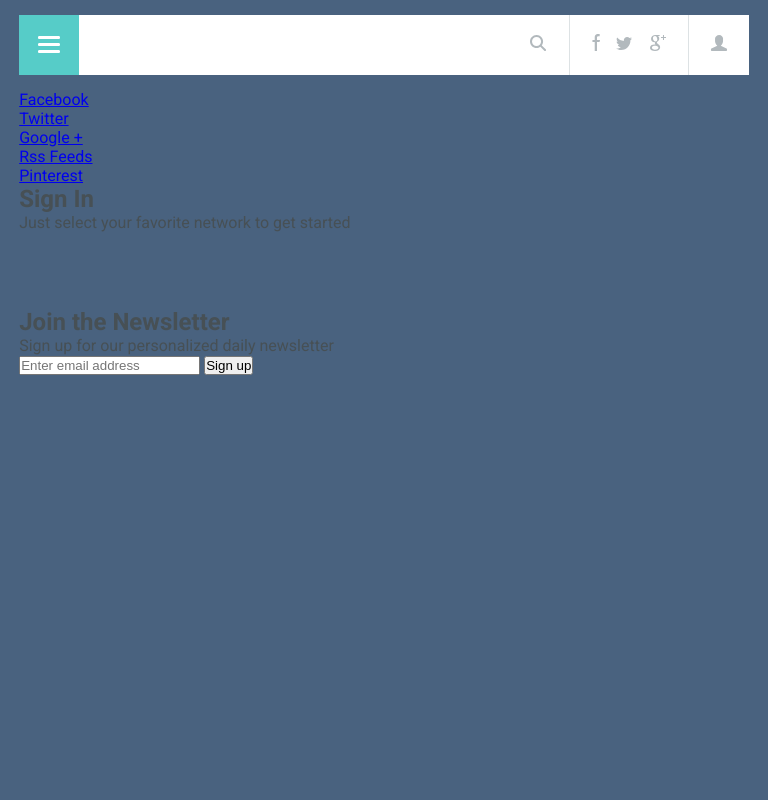
Repository: pawelczubak/WeeklyWebDevChallenge
Page: Challenge_4/index.html
The author's editor kept a copy of each file at every save. The page is drawn from the files as they stood at one save, then again after the next save.
The browser window is 768 px wide. The pictures show the whole page.
Some web libraries are served in a nearby version.

Above is the page before, as saved 2020-04-27 19:23:02.

### Challenge_4/index.html
<!DOCTYPE html>
<html lang="en">

<head>
    <meta charset="UTF-8">
    <meta name="viewport" content="width=device-width, initial-scale=1.0">

    <title>Weekly WebDev Challenge - 4</title>

    <link href="https://fonts.googleapis.com/css2?family=Roboto:wght@300;400;700&display=swap" rel="stylesheet">
    <script src="https://kit.fontawesome.com/f64caa1a2c.js" crossorigin="anonymous"></script>

    <meta name="viewport" content="width = device-width, initial-scale=1, user-scalable=yes">
    <link rel="stylesheet" href="css/main.css">
</head>

<body>
    <div class="container">
        <!--  -----  NAVIGATION START  -----  -->
        <nav class="nav">
            <div class="nav-button">

                <svg xmlns="http://www.w3.org/2000/svg" xmlns:xlink="http://www.w3.org/1999/xlink" width="0.24in"
                    height="0.18in">
                    <path fill-rule="evenodd" fill="rgb(255, 255, 255)"
                        d="M20.653,17.008 L1.347,17.008 C0.603,17.008 -0.000,16.417 -0.000,15.690 L-0.000,15.372 C-0.000,14.644 0.603,14.055 1.347,14.055 L20.653,14.055 C21.397,14.055 22.000,14.644 22.000,15.372 L22.000,15.690 C22.000,16.417 21.397,17.008 20.653,17.008 ZM20.653,9.980 L1.347,9.980 C0.603,9.980 -0.000,9.390 -0.000,8.662 L-0.000,8.344 C-0.000,7.617 0.603,7.027 1.347,7.027 L20.653,7.027 C21.397,7.027 22.000,7.617 22.000,8.344 L22.000,8.662 C22.000,9.390 21.397,9.980 20.653,9.980 ZM20.653,2.952 L1.347,2.952 C0.603,2.952 -0.000,2.362 -0.000,1.635 L-0.000,1.317 C-0.000,0.589 0.603,-0.001 1.347,-0.001 L20.653,-0.001 C21.397,-0.001 22.000,0.589 22.000,1.317 L22.000,1.635 C22.000,2.362 21.397,2.952 20.653,2.952 Z" />
                </svg>

            </div>
            <ul class="nav-list">
                <li class="nav-list__item"><a href="#" class="nav-list__link">Home</a></li>
                <li class="nav-list__item"><a href="#" class="nav-list__link">Store</a></li>
                <li class="nav-list__item"><a href="#" class="nav-list__link">Blog</a></li>
                <li class="nav-list__item"><a href="#" class="nav-list__link">About</a></li>
                <li class="nav-list__item"><a href="#" class="nav-list__link">Contact</a></li>
            </ul>
            <div class="nav-icons">
                <div class="nav-icons__search">
                    <a href="#" class="nav-link__icon">
                        <svg xmlns="http://www.w3.org/2000/svg" xmlns:xlink="http://www.w3.org/1999/xlink"
                            width="0.18in" height="0.17in">
                            <path class="nav-icons__svg" fill-rule="evenodd" fill="rgb(178, 185, 189)"
                                d="M15.728,14.309 L11.786,10.388 C12.600,9.303 13.088,7.963 13.088,6.504 C13.088,2.908 10.157,-0.006 6.541,-0.006 C2.926,-0.006 -0.005,2.908 -0.005,6.504 C-0.005,10.100 2.926,13.014 6.541,13.014 C7.963,13.014 9.275,12.558 10.349,11.793 L14.304,15.726 C14.697,16.117 15.335,16.117 15.728,15.726 C16.121,15.335 16.121,14.700 15.728,14.309 ZM6.541,11.011 C4.038,11.011 2.009,8.994 2.009,6.504 C2.009,4.015 4.038,1.996 6.541,1.996 C9.044,1.996 11.073,4.015 11.073,6.504 C11.073,8.994 9.044,11.011 6.541,11.011 Z" />
                        </svg>
                    </a>
                </div>
                <ul class="nav-icons__social-list">
                    <li class="nav-icons__social-icons">
                        <a href="#" class="nav-link__icon">
                            <svg xmlns="http://www.w3.org/2000/svg" xmlns:xlink="http://www.w3.org/1999/xlink"
                                width="0.09in" height="0.18in">
                                <path class="nav-icons__svg" fill-rule="evenodd" fill="rgb(178, 185, 189)"
                                    d="M7.672,0.063 L6.069,0.063 C6.069,0.063 2.724,-0.188 2.724,3.338 C2.724,4.092 2.724,6.011 2.724,6.011 L0.453,6.011 L0.459,7.910 L2.723,7.910 L2.725,17.002 L5.000,17.002 L5.000,7.910 L7.507,7.910 L8.042,6.011 L5.013,6.011 L5.013,3.266 C5.013,3.266 4.988,2.341 6.072,2.341 L7.662,2.341 L7.672,0.063 Z" />
                            </svg>
                        </a>
                    </li>
                    <li class="nav-icons__social-icons">
                        <a href="#" class="nav-link__icon">
                            <svg xmlns="http://www.w3.org/2000/svg" xmlns:xlink="http://www.w3.org/1999/xlink"
                                width="0.17in" height="0.14in">
                                <path class="nav-icons__svg" fill-rule="evenodd" fill="rgb(178, 185, 189)"
                                    d="M16.027,1.547 C15.437,1.809 14.803,1.985 14.138,2.065 C14.817,1.659 15.338,1.015 15.584,0.250 C14.949,0.625 14.245,0.898 13.497,1.046 C12.897,0.408 12.043,0.009 11.097,0.009 C9.282,0.009 7.810,1.478 7.810,3.291 C7.810,3.547 7.839,3.799 7.895,4.039 C5.163,3.901 2.741,2.595 1.119,0.611 C0.837,1.095 0.674,1.658 0.674,2.259 C0.674,3.398 1.255,4.402 2.137,4.990 C1.598,4.974 1.091,4.825 0.648,4.579 C0.647,4.593 0.647,4.606 0.647,4.621 C0.647,6.211 1.781,7.537 3.285,7.838 C3.009,7.913 2.718,7.953 2.418,7.953 C2.207,7.953 2.000,7.933 1.800,7.894 C2.218,9.198 3.432,10.147 4.871,10.172 C3.746,11.053 2.328,11.578 0.788,11.578 C0.523,11.578 0.261,11.562 0.004,11.531 C1.459,12.462 3.187,13.006 5.043,13.006 C11.089,13.006 14.395,8.006 14.395,3.671 C14.395,3.529 14.393,3.387 14.387,3.246 C15.029,2.783 15.586,2.206 16.027,1.547 Z" />
                            </svg>
                        </a>
                    </li>
                    <li class="nav-icons__social-icons">
                        <a href="#" class="nav-link__icon">
                            <svg xmlns="http://www.w3.org/2000/svg" xmlns:xlink="http://www.w3.org/1999/xlink"
                                width="0.18in" height="0.18in">
                                <path class="nav-icons__svg" fill-rule="evenodd" fill="rgb(178, 185, 189)"
                                    d="M15.006,4.015 L15.006,5.999 L13.966,5.999 L13.966,4.015 L11.997,4.015 L11.997,3.013 L13.966,3.013 L13.966,0.971 L15.006,0.971 L15.006,3.013 L17.010,3.013 L17.010,4.015 L15.006,4.015 ZM8.900,2.055 C9.780,2.557 10.247,3.589 10.247,4.730 C10.247,5.777 9.666,6.620 8.845,7.259 C8.043,7.884 7.891,8.145 7.891,8.676 C7.891,9.129 8.849,9.803 9.290,10.132 C10.823,11.279 11.112,12.000 11.134,13.433 C11.162,15.338 9.199,17.001 6.054,17.001 C3.294,17.001 0.982,15.749 0.982,13.959 C0.982,11.258 2.897,10.385 5.657,10.385 C5.958,10.385 6.233,10.377 6.518,10.377 C6.141,10.013 5.836,9.697 5.836,9.144 C5.836,8.815 5.940,8.501 6.087,8.221 C5.938,8.231 5.785,8.241 5.627,8.241 C3.360,8.241 2.041,6.653 2.041,4.664 C2.041,2.715 4.050,0.969 6.459,0.969 C7.701,0.969 11.208,0.969 11.208,0.969 L10.147,2.055 L8.900,2.055 ZM6.121,11.642 C4.364,11.642 2.912,12.300 2.912,13.538 C2.912,14.799 4.207,15.828 5.999,15.828 C8.520,15.828 9.398,14.865 9.398,13.601 C9.398,13.449 9.394,13.295 9.341,13.156 C8.733,11.642 6.774,11.642 6.121,11.642 ZM8.249,4.923 C8.040,3.342 7.249,2.152 6.035,2.115 C4.820,2.079 3.755,3.182 3.966,4.764 C4.175,6.348 5.330,7.409 6.545,7.446 C7.760,7.481 8.458,6.507 8.249,4.923 Z" />
                            </svg>
                        </a>
                    </li>
                </ul>
                <div class="nav-icons__acount">
                    <a href="#" class="nav-link__icon">
                        <svg xmlns="http://www.w3.org/2000/svg" xmlns:xlink="http://www.w3.org/1999/xlink"
                            width="0.182in" height="0.18in">
                            <path class="nav-icons__svg" fill-rule="evenodd" fill="rgb(178, 185, 189)"
                                d="M15.993,17.030 L1.963,17.030 C1.394,17.030 0.932,16.569 0.932,15.999 L0.932,15.405 C0.932,14.535 1.963,14.374 1.963,14.374 L7.322,11.719 C5.880,10.561 5.056,8.283 5.056,7.156 L5.056,4.578 C5.056,2.871 6.903,0.969 9.181,0.969 C11.459,0.969 13.024,2.871 13.024,4.578 L13.024,7.156 C13.024,8.394 12.208,10.604 10.779,11.729 L15.993,14.374 C15.993,14.374 17.024,14.551 17.024,15.405 L17.024,15.999 C17.024,16.569 16.562,17.030 15.993,17.030 Z" />
                        </svg>
                    </a>
                </div>
            </div>
        </nav>

        <!--  -----  NAVIGATION END  -----  -->

        <!--  -----  MAIN START  -----  -->
        <main class="main">
            <!--  -----  MENU SECTION START  -----  -->
            <section class="menu-section"></section>
            <!--  -----  MENU SECTION END  -----  -->

            <!--  -----  SOCIAL SECTION START  -----  -->
            <section class="social-section">
                <article class="social-section__socials-container">
                    <ul class="socials-container__socials-list">
                        <li class="socials-container__socials-items">
                            <a href="#" class="socials-container__socials-link">Facebook</a>
                        </li>
                        <li class="socials-container__socials-items">
                            <a href="#" class="socials-container__socials-link">Twitter</a>
                        </li>
                        <li class="socials-container__socials-items">
                            <a href="#" class="socials-container__socials-link">Google +</a>
                        </li>
                        <li class="socials-container__socials-items">
                            <a href="#" class="socials-container__socials-link">Rss Feeds</a>
                        </li>
                        <li class="socials-container__socials-items">
                            <a href="#" class="socials-container__socials-link">Pinterest</a>
                        </li>
                    </ul>
                    <div class="socials-container__follow-items">
                        <div class="socials-container__facebook-widget"></div>
                        <div class="socials-container__twitter-widget"></div>
                    </div>
                </article>
                <article class="social-section__sign-in">
                    <h2 class="socials-container__header">Sign In</h2>
                    <p class="sign-in__paragraph">Just select your favorite network to get started</p>
                    <ul class="sign-in__list">
                        <li class="sign-in__item"><a href="#" class="sign-in__link"></a></li>
                        <li class="sign-in__item"><a href="#" class="sign-in__link"></a></li>
                        <li class="sign-in__item"><a href="#" class="sign-in__link"></a></li>
                        <li class="sign-in__item"><a href="#" class="sign-in__link"></a></li>
                    </ul>
                </article>
                <article class="social-section__newsletter">
                    <h2 class="socials-container__header">Join the Newsletter</h2>
                    <p class="newsletter__paragraph">Sign up for our personalized daily newsletter</p>
                    <form action="GET" class="newsletter__form">
                        <input placeholder="Enter email address" type="email" name="email" required
                            class="newsletter__input" autocomplete="off" />
                        <button class="newsletter__button" formenctype="multipart/form-data" type="submit">Sign
                            up</button>
                    </form>
                </article>
            </section>
            <!--  -----  SOCIAL SECTION END  -----  -->
        </main>
        <!--  -----  MAIN END  -----  -->


    </div>

    <script src="js/main.js" type="text/javascript"></script>
</body>

</html>

### Challenge_4/css/main.css
*,
*::after,
*::before {
    box-sizing: border-box;
    margin: 0;
    padding: 0;
}

/*------------------  GLOBAL START  ------------------*/
body {
    margin: 0;
    padding: 0;
    font: 16px 'Roboto', sans-serif;
    color: #475055;
    background-color: #49627f;
}

.container {
    max-width: 1000px;
    min-height: 700px;
    margin: 100px auto;
    overflow: hidden;
}

/*------------------  GLOBAL END  ------------------*/
/*------------------  NAV START  ------------------*/
.nav {
    position: relative;
    display: flex;
    justify-content: left;
    width: 100%;
    height: 60px;
    background-color: #ffffff;
    margin-bottom: 15px;
}

.nav-button {
    display: flex;
    align-items: center;
    justify-content: center;
    background-color: #56ccc8;
    width: 60px;
    cursor: pointer;
    pointer-events: none;
}

.nav-button:hover {
    background-color: #56ddd8;
}

.nav-list {
    display: flex;
    list-style: none;

}

.nav-list__item {
    padding-left: 45px;
    display: flex;
    align-items: center
}

.nav-list__link {
    text-decoration: none;
    color: #475055;
}

.nav-list__link:hover {
    color: #56ccc8;
}

.nav-icons {
    display: flex;
    align-items: center;
    margin-left: auto;
}

.nav-icons__search {
    width: 60px;
    display: flex;
    justify-content: center;
}

.nav-link__icon {}

.nav-icons__social-list {
    position: relative;
    display: flex;
    height: 100%;
    justify-content: space-around;
    align-items: center;
    width: 120px;
    padding: 0 15px;
}

.nav-icons__social-list::before,
.nav-icons__social-list::after {
    position: absolute;
    content: '';
    top: 0;
    height: 100%;
    width: 1px;
    background-color: #dde2e4;
}

.nav-icons__social-list::after {
    left: 0;
}

.nav-icons__social-list::before {
    right: 0;
}

.nav-icons__social-icons {
    list-style: none;
}

.nav-icons__acount {
    width: 60px;
    display: flex;
    justify-content: center;
}

.nav-link__icon:hover .nav-icons__svg {
    fill: #152840;
}

/*------------------  NAV END  ------------------*/
/*------------------  MAIN START  ------------------*/
.main {
    display: flex;
}

/*------------------  MENU SECTION START  ------------------*/
/*------------------  MENU SECTION END  ------------------*/
/*------------------  SOCIAL SECTION START  ------------------*/
/*------------------  SOCIAL SECTION END  ------------------*/

/*------------------  MAIN END  ------------------*/

/*------------------  MEDIAQUERY START  ------------------*/

@media screen and (max-width: 1024px) {
    .container {
        max-width: 95%;
    }
}

@media screen and (max-width: 800px) {
    .container {
        margin: 15px auto;
    }

    /*------------------  NAV START  ------------------*/
    .nav-button {
        pointer-events: all;
    }

    .nav-list {
        position: absolute;
        flex-direction: column;
        background-color: #ffffff;
        width: 50%;
        top: 60px;
        left: 0;
        height: 500px;
        justify-content: space-around;
        align-items: center;
        transform: translateX(-101%);
        transition: all 0.2s ease-in;
    }

    .nav-list__item {
        opacity: 0;
        padding: 0;
    }

    /*------------------  NAV END  ------------------*/
}

.nav-list--active {
    transform: translateX(0%);
}

/*------------------  MEDIAQUERY END  ------------------*/

/*------------------  ANIMATIONS  ------------------*/
@keyframes navLinkFade {
    from {
        opacity: 0;
        transform: translateX(-50px);
    }

    to {
        opacity: 1;
        transform: translateX(0px);
    }
}

### Challenge_4/js/main.js
const navSlide = () => {
    const burger = document.querySelector('.nav-button');
    const nav = document.querySelector('.nav-list');
    const navLinks = document.querySelectorAll('.nav-list__item');



    burger.addEventListener('click', () => {
        //Toggle nav
        nav.classList.toggle('nav-list--active');

        //Animate links
        navLinks.forEach((link, index) => {
            if (link.style.animation) {
                link.style.animation = ''
            } else {
                link.style.animation = `navLinkFade 0.5s ease forwards ${index / 7 + 0.2}s`;
            }

        });
    });


}

navSlide();

After the next save:
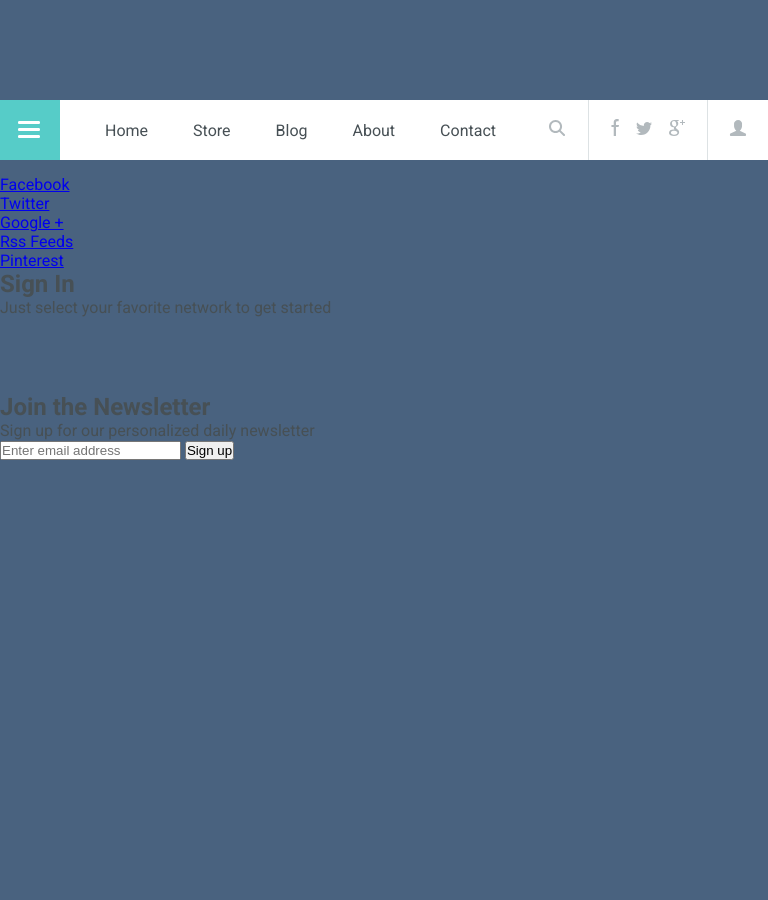
Saved 115 s later.
--- a/Challenge_4/css/main.css
+++ b/Challenge_4/css/main.css
@@ -132,67 +132,71 @@
 }
 
 /*------------------  MENU SECTION START  ------------------*/
+.menu-section {
+    heignt: 500px;
+    /*      ONLY FOR TEST !!!!!!
+}
 /*------------------  MENU SECTION END  ------------------*/
-/*------------------  SOCIAL SECTION START  ------------------*/
-/*------------------  SOCIAL SECTION END  ------------------*/
-
-/*------------------  MAIN END  ------------------*/
-
-/*------------------  MEDIAQUERY START  ------------------*/
-
-@media screen and (max-width: 1024px) {
-    .container {
-        max-width: 95%;
-    }
-}
-
-@media screen and (max-width: 800px) {
-    .container {
-        margin: 15px auto;
-    }
-
-    /*------------------  NAV START  ------------------*/
-    .nav-button {
-        pointer-events: all;
-    }
-
-    .nav-list {
-        position: absolute;
-        flex-direction: column;
-        background-color: #ffffff;
-        width: 50%;
-        top: 60px;
-        left: 0;
-        height: 500px;
-        justify-content: space-around;
-        align-items: center;
-        transform: translateX(-101%);
-        transition: all 0.2s ease-in;
-    }
-
-    .nav-list__item {
-        opacity: 0;
-        padding: 0;
-    }
-
-    /*------------------  NAV END  ------------------*/
-}
-
-.nav-list--active {
-    transform: translateX(0%);
-}
-
-/*------------------  MEDIAQUERY END  ------------------*/
-
-/*------------------  ANIMATIONS  ------------------*/
-@keyframes navLinkFade {
-    from {
-        opacity: 0;
-        transform: translateX(-50px);
-    }
-
-    to {
-        opacity: 1;
-        transform: translateX(0px);
-    }
-}
+    /*------------------  SOCIAL SECTION START  ------------------*/
+    /*------------------  SOCIAL SECTION END  ------------------*/
+
+    /*------------------  MAIN END  ------------------*/
+
+    /*------------------  MEDIAQUERY START  ------------------*/
+
+    @media screen and (max-width: 1024px) {
+        .container {
+            max-width: 95%;
+        }
+    }
+
+    @media screen and (max-width: 800px) {
+        .container {
+            margin: 15px auto;
+        }
+
+        /*------------------  NAV START  ------------------*/
+        .nav-button {
+            pointer-events: all;
+        }
+
+        .nav-list {
+            position: absolute;
+            flex-direction: column;
+            background-color: #ffffff;
+            width: 50%;
+            top: 60px;
+            left: 0;
+            height: 500px;
+            justify-content: space-around;
+            align-items: center;
+            transform: translateX(-101%);
+            transition: all 0.2s ease-in;
+        }
+
+        .nav-list__item {
+            opacity: 0;
+            padding: 0;
+        }
+
+        /*------------------  NAV END  ------------------*/
+    }
+
+    .nav-list--active {
+        transform: translateX(0%);
+    }
+
+    /*------------------  MEDIAQUERY END  ------------------*/
+
+    /*------------------  ANIMATIONS  ------------------*/
+    @keyframes navLinkFade {
+        from {
+            opacity: 0;
+            transform: translateX(-50px);
+        }
+
+        to {
+            opacity: 1;
+            transform: translateX(0px);
+        }
+    }

After the save that followed:
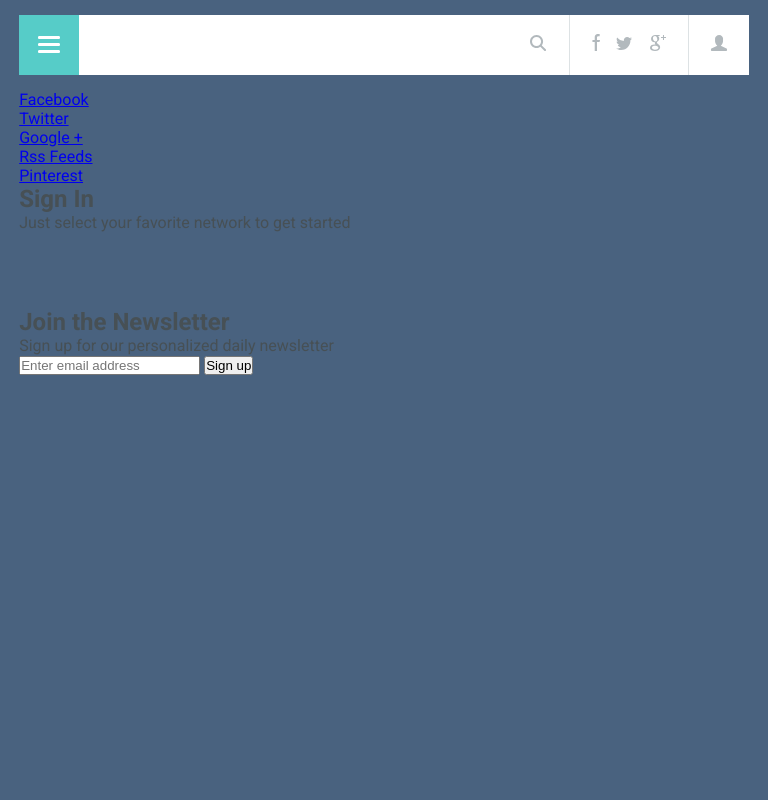
Saved 24 s later.
--- a/Challenge_4/css/main.css
+++ b/Challenge_4/css/main.css
@@ -134,69 +134,70 @@
 /*------------------  MENU SECTION START  ------------------*/
 .menu-section {
     heignt: 500px;
-    /*      ONLY FOR TEST !!!!!!
-}
+    /*      ONLY FOR TEST !!!!!! */
+}
+
 /*------------------  MENU SECTION END  ------------------*/
-    /*------------------  SOCIAL SECTION START  ------------------*/
-    /*------------------  SOCIAL SECTION END  ------------------*/
-
-    /*------------------  MAIN END  ------------------*/
-
-    /*------------------  MEDIAQUERY START  ------------------*/
-
-    @media screen and (max-width: 1024px) {
-        .container {
-            max-width: 95%;
-        }
-    }
-
-    @media screen and (max-width: 800px) {
-        .container {
-            margin: 15px auto;
-        }
-
-        /*------------------  NAV START  ------------------*/
-        .nav-button {
-            pointer-events: all;
-        }
-
-        .nav-list {
-            position: absolute;
-            flex-direction: column;
-            background-color: #ffffff;
-            width: 50%;
-            top: 60px;
-            left: 0;
-            height: 500px;
-            justify-content: space-around;
-            align-items: center;
-            transform: translateX(-101%);
-            transition: all 0.2s ease-in;
-        }
-
-        .nav-list__item {
-            opacity: 0;
-            padding: 0;
-        }
-
-        /*------------------  NAV END  ------------------*/
-    }
-
-    .nav-list--active {
-        transform: translateX(0%);
-    }
-
-    /*------------------  MEDIAQUERY END  ------------------*/
-
-    /*------------------  ANIMATIONS  ------------------*/
-    @keyframes navLinkFade {
-        from {
-            opacity: 0;
-            transform: translateX(-50px);
-        }
-
-        to {
-            opacity: 1;
-            transform: translateX(0px);
-        }
-    }
+/*------------------  SOCIAL SECTION START  ------------------*/
+/*------------------  SOCIAL SECTION END  ------------------*/
+
+/*------------------  MAIN END  ------------------*/
+
+/*------------------  MEDIAQUERY START  ------------------*/
+
+@media screen and (max-width: 1024px) {
+    .container {
+        max-width: 95%;
+    }
+}
+
+@media screen and (max-width: 800px) {
+    .container {
+        margin: 15px auto;
+    }
+
+    /*------------------  NAV START  ------------------*/
+    .nav-button {
+        pointer-events: all;
+    }
+
+    .nav-list {
+        position: absolute;
+        flex-direction: column;
+        background-color: #ffffff;
+        width: 50%;
+        top: 60px;
+        left: 0;
+        height: 500px;
+        justify-content: space-around;
+        align-items: center;
+        transform: translateX(-101%);
+        transition: all 0.2s ease-in;
+    }
+
+    .nav-list__item {
+        opacity: 0;
+        padding: 0;
+    }
+
+    /*------------------  NAV END  ------------------*/
+}
+
+.nav-list--active {
+    transform: translateX(0%);
+}
+
+/*------------------  MEDIAQUERY END  ------------------*/
+
+/*------------------  ANIMATIONS  ------------------*/
+@keyframes navLinkFade {
+    from {
+        opacity: 0;
+        transform: translateX(-50px);
+    }
+
+    to {
+        opacity: 1;
+        transform: translateX(0px);
+    }
+}
